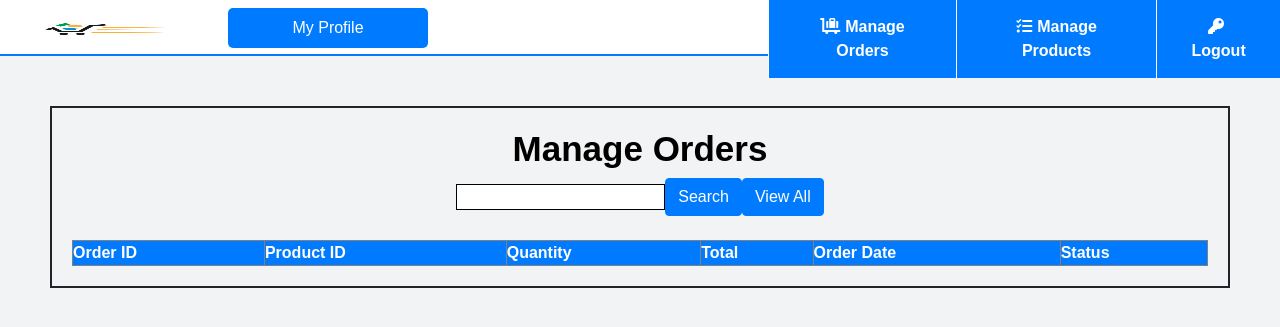
Repository: sahanjayawardena9619/PAF_Project
Page: http://localhost/paf_project/WEB-INF/views/sellerOrder.jsp
An editor plug-in stored every save of this project. The page is shown before and after the next save, followed by the edit.
The browser window is 1280 px wide. The pictures show the whole page.
Some web fonts or font styles are not loaded; a fallback is used. Some web libraries are served in a nearby version. The page is served by Tomcat 9. Nobody is signed in. Other server files are loaded and not shown. The template is opened directly, without the code that normally fills it, so the values that code supplies are empty.

Above is the page before, as saved 2019-05-15 19:29:54.

### Main Project (Final)/PAF/paf_project/src/main/webapp/WEB-INF/views/sellerOrder.jsp
<%@ page language="java" contentType="text/html; charset=ISO-8859-1"
	pageEncoding="ISO-8859-1"%>
<%@ include file="/WEB-INF/views/includes.jsp"%>
<!DOCTYPE html PUBLIC "-//W3C//DTD HTML 4.01 Transitional//EN" "http://www.w3.org/TR/html4/loose.dtd">
<html>
<head>
<meta http-equiv="Content-Type" content="text/html; charset=ISO-8859-1">

<link rel="stylesheet" type="text/css"
	href="<c:url value="/resources/css/bootstrap.css"/>">
<link rel="stylesheet"
	href="https://use.fontawesome.com/releases/v5.8.1/css/all.css"
	integrity="sha384-50oBUHEmvpQ+1lW4y57PTFmhCaXp0ML5d60M1M7uH2+nqUivzIebhndOJK28anvf"
	crossorigin="anonymous">
<link rel="stylesheet" type="text/css"
	href="<c:url value="/resources/css/custom.css"/>">
	<link href="https://fonts.googleapis.com/css?family=Source+Sans+Pro:300,400,700,300italic,400italic,700italic" rel="stylesheet" type="text/css">
<script type="text/javascript"
	href="<c:url value="/resources/js/bootstrap.min.js"/>"></script>



<title>Seller Orders</title>
</head>
<body>
	<div class="top-nav-bar">
		<div class="search-box">
			<a href="/paf_project/"><img
				src="<c:url value="/resources/images/cart.jpg"/>" class="logo"></a>
			<a href="/paf_project/editSeller"><input type="button"
				value="My Profile"
				style="width: 200px; height: 40px; margin: 8px; border-radius: 5px; background-color: #007bff; border: none; color: white" /></a>
		</div>

		<div class="menu-bar">
			<ul>
				<li><a href="/paf_project/viewAllOrderSeller"><i
						class="fas fa-luggage-cart" style="margin-right: 5px;"></i>Manage
						Orders</a></li>
				<li><a href="/paf_project/viewAllProductSeller"><i
						class="fas fa-tasks" style="margin-right: 5px;"></i>Manage
						Products </a></li>
				<li><a href="/paf_project/userLogout"><i class="fas fa-key"
						style="margin-right: 5px;"></i>Logout</a></li>
			</ul>
		</div>
	</div>


	<div align="center"
		style="padding: 20px; margin: 50px; border: solid 2px;">

		<center>
			<div>
				<h1 style="font-size: 35px;">
					<a href="/paf_project/adminDashboard"><b style="color: black">Manage
							Orders</b></a>
				</h1>
			</div>


			<form:form action="/paf_project/searchSellerOrder" method="POST">
				<table align="center">
					<tr>
						<td><input type="text" name="searchVal"
							style="border: solid 1px" /></td>
						<td><input type="submit" class="btn btn-primary"
							name="action" value="Search" style="" /></td>
						<td><a href="/paf_project/viewAllOrderSeller"><input
								type="button" value="View All" class="btn btn-primary" /></a></td>
					</tr>

				</table>
			</form:form>
			<br>
			<table border="1" cellpadding="5px" width="100%">

				<th style="color: #fff; background-color: #007bff;">Order ID</th>
				<th style="color: #fff; background-color: #007bff;">Product ID</th>
				<th style="color: #fff; background-color: #007bff;">Quantity</th>
				<th style="color: #fff; background-color: #007bff;">Total</th>
				<th style="color: #fff; background-color: #007bff;">Order Date</th>
				<th style="color: #fff; background-color: #007bff;">Status</th>


				<c:forEach var="sellerOrder" items="${listSellerOrder}">
					<tr>

						<td>${sellerOrder.orderID}</td>
						<td>${sellerOrder.productID}</td>
						<td>${sellerOrder.qty}</td>
						<td>${sellerOrder.total}</td>
						<td>${sellerOrder.orderDate}</td>
						<td>${sellerOrder.status}</td>

						<td><a
							href="/paf_project/deleteSellerOrder?itemID=${sellerOrder.itemID}&command=active"><input
								type="submit" class="btn btn-primary"
								style="background-color: green; border: 0px;" name="active"
								value="Activate" /></a></td>
						<td><a
							href="/paf_project/deleteSeller?suppID=${sellerOrder.itemID}&command=inactive"><input
								type="submit" style="background-color: red; border: 0px;"
								name="del" class="btn btn-primary" value="Deactivate" /></a></td>

					</tr>
				</c:forEach>
			</table>

		</center>


	</div>

</body>
</html>

### Main Project (Final)/PAF/paf_project/src/main/webapp/WEB-INF/views/includes.jsp
<%@ page language="java" contentType="text/html; charset=ISO-8859-1" pageEncoding="ISO-8859-1"%>
<%@taglib uri="http://www.springframework.org/tags" prefix="spring"%>
<%@taglib uri="http://www.springframework.org/tags/form" prefix="form"%>
<%@taglib uri="http://java.sun.com/jsp/jstl/core" prefix="c"%>

<!-- This contains the most used tag libraries -->

### Main Project (Final)/PAF/paf_project/src/main/webapp/resources/css/custom.css
*
{
	margin: 0;
	padding: 0;
}

body{
	background-color: #f1f3f4;
	font-family: sans-serif;
}

.top-nav-bar{
	height:56px;
	top : 0;
	position: sticky;
	background: #fff;
	margin-bottom: 20px;
	border-bottom: 2px solid #007bff;
	z-index: 2;
}

.logo{
	height:48px;
	width: 200px;
	margin: 5px 10px;
}

.form-control{
	margin-top: 9px !important;
	margin-left: 30px !important;
	border: 1px solid #007bff !important;
	border-top-left-radius: 20px !important;
	border-bottom-left-radius: 20px !important;
	border-top-right-radius: 0 !important;
	border-bottom-right-radius: 0 !important;
	box-shadow: none !important;
}

.search-box{
	display: inline-flex;
	width:60%;
}

.input-group-text {
	background-color: #007bff;
	border: 1px solid #007bff;
	margin: 8.5px 10px 3px 0;
	height: 38px;
	color:white;
	border-top-left-radius: 0px !important;
	border-bottom-left-radius: 0px !important;
	border-top-right-radius: 20px !important;
	border-bottom-right-radius: 20px !important;
	cursor: pointer;
}



.menu-bar{
	width: 40%;
	height: 57px;
	float: right;
}

.menu-bar ul{
	display: inline-flex;
	float: right;
}

.menu-bar ul li{
	border-left: 1px solid #fff;
	list-style-type: none;
	padding: 15px 25px;
	text-align: center;
	background-color: #007bff;
	cursor: pointer;
}

.menu-bar ul li a{
	font-size: 16px;
	font-weight: bold;
	color: #fff;
	text-decoration: none;
}

@media only screen and (max-width: 980px){
	.top-nav-bar{
		height: 118px;
		border-bottom: 0;
	}

	.search-box{
		width: 100%;
	}

	.menu-bar{
		width: 100%;
	}

	.menu-bar ul{
		margin: 10px 0;
		width: 100%;
	}

	.menu-bar ul li{
		height: 57px;
	}
}

.nopadding {
   padding: 0 !important;
   margin: 0 !important;
}

.col-sm-3{
	margin-bottom: 5%;
}

Loaded but not shown: Main Project (Final)/PAF/paf_project/src/main/webapp/resources/css/bootstrap.css (library)

After the next save:
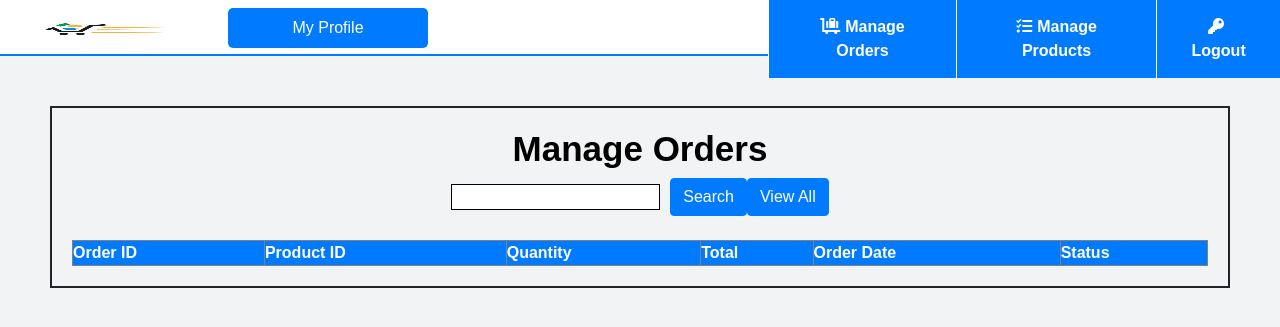
Saved 18 s later.
--- a/Main Project (Final)/PAF/paf_project/src/main/webapp/WEB-INF/views/sellerOrder.jsp
+++ b/Main Project (Final)/PAF/paf_project/src/main/webapp/WEB-INF/views/sellerOrder.jsp
@@ -65,7 +65,7 @@
 						<td><input type="text" name="searchVal"
 							style="border: solid 1px" /></td>
 						<td><input type="submit" class="btn btn-primary"
-							name="action" value="Search" style="" /></td>
+							name="action" value="Search" style="margin-left:10px;" /></td>
 						<td><a href="/paf_project/viewAllOrderSeller"><input
 								type="button" value="View All" class="btn btn-primary" /></a></td>
 					</tr>
